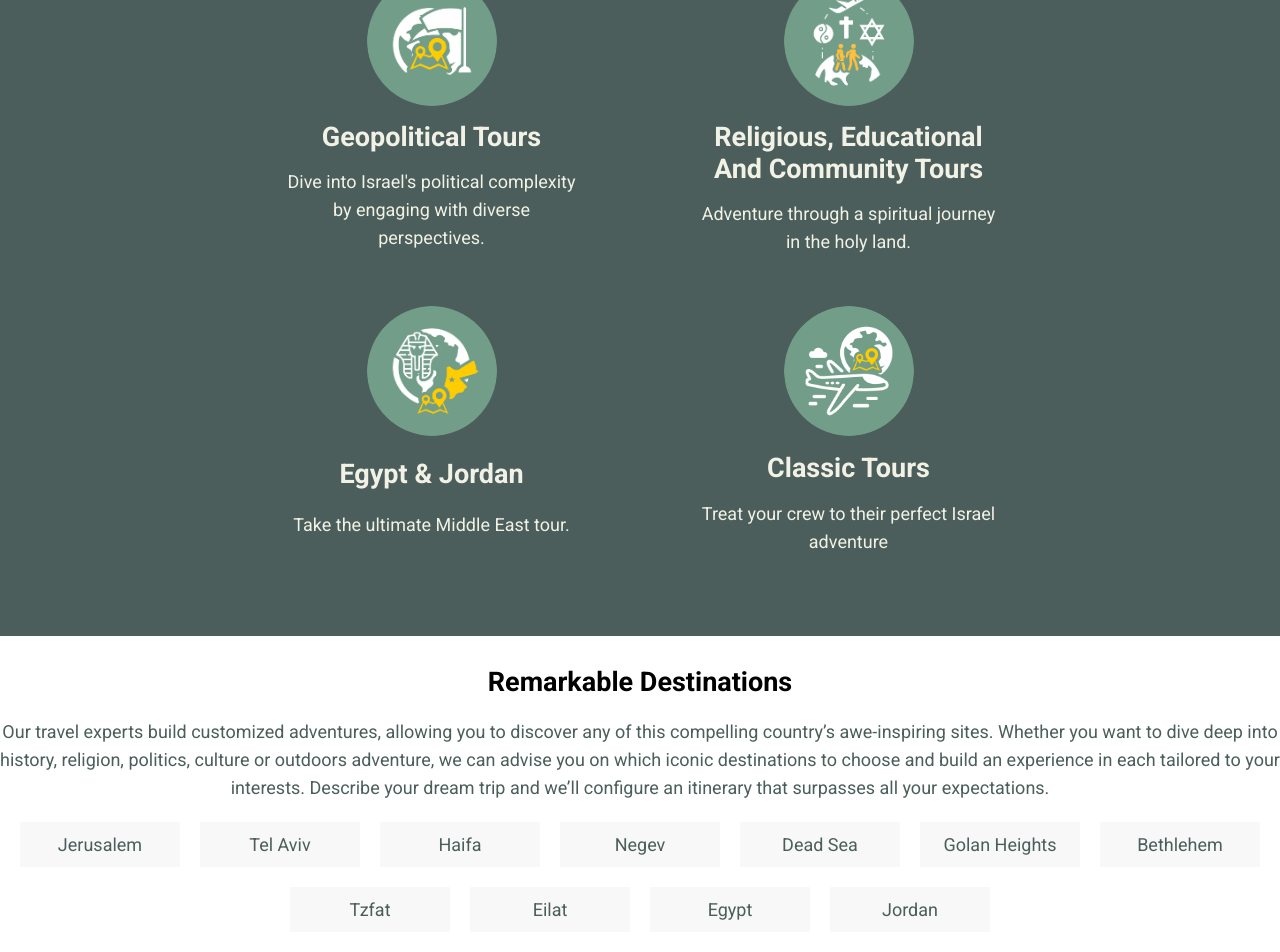
Repository: Pafestivo/realIsraelTours
Page: / (app in frontend/)
The author's editor kept a copy of each file at every save. The page is drawn from the files as they stood at one save, then again after the next save.
The browser window is 1280 px wide. The pictures show the part of the page from y = 1258 to 2210 px (the page is 2210 px tall).
The project was rebuilt for these pictures with package versions that can differ from the ones it lists, and the page was loaded fresh each time. The framework's server and built-in components were replaced by stand-ins that run in the browser. Also part of the build but not shown: frontend/next.config.js. Imported but missing from the stored project, and not drawn on this page: frontend/src/assets/videoBG.mp4.

Above is the page before, as saved 2023-09-20 16:51:12.

After the next save:
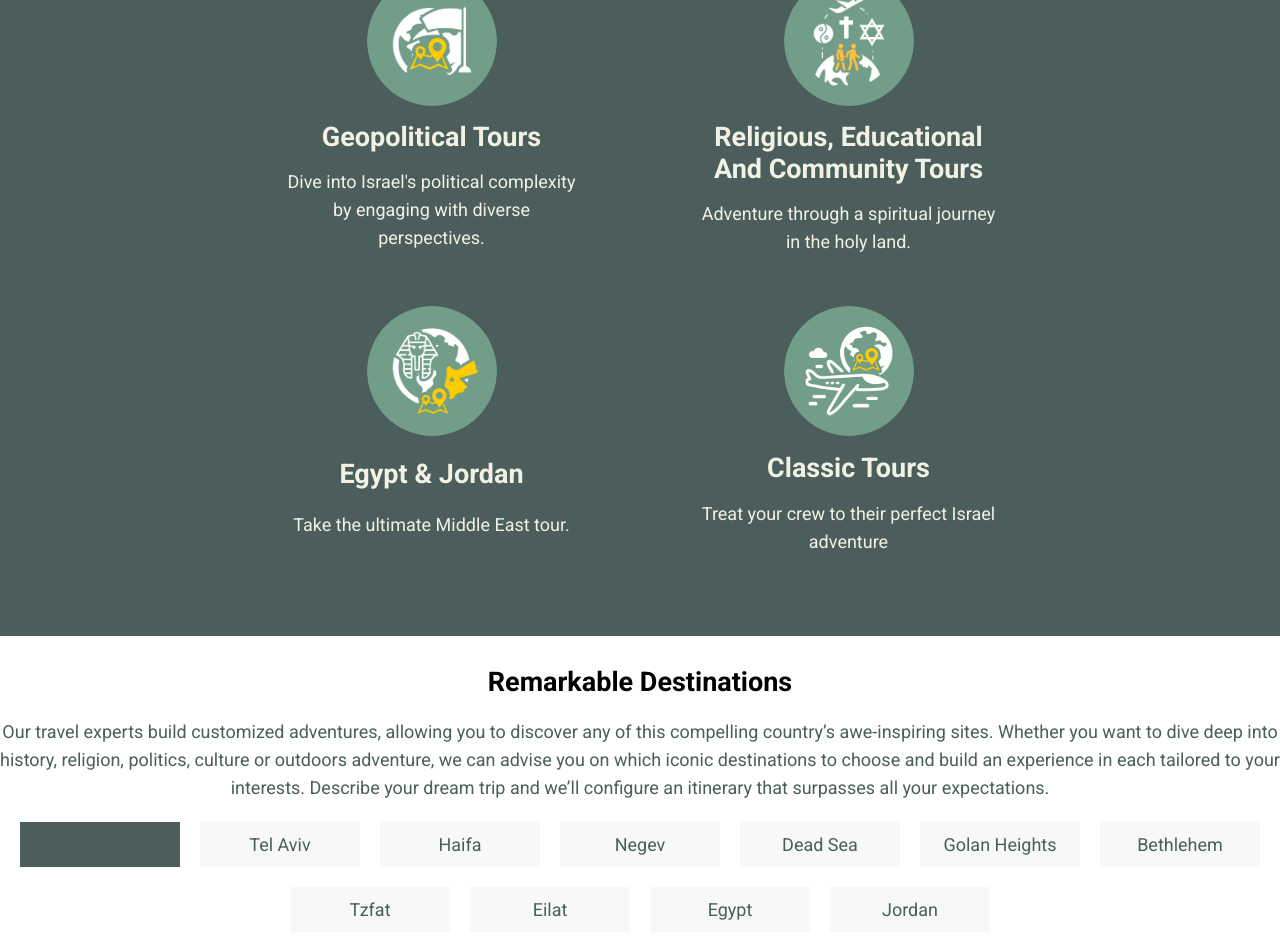
Saved 13 s later.
--- a/frontend/src/components/Destinations.tsx
+++ b/frontend/src/components/Destinations.tsx
@@ -19,7 +19,7 @@ const Destinations = () => {
         expectations.
       </p>
       <div className="destinations-options">
-        <div className={activeTab === "Jeruslam" ? "activeTab" : ""}>
+        <div className={activeTab === "Jerusalem" ? "activeTab" : ""}>
           Jerusalem
         </div>
         <div className={activeTab === "TelAviv" ? "activeTab" : ""}>
